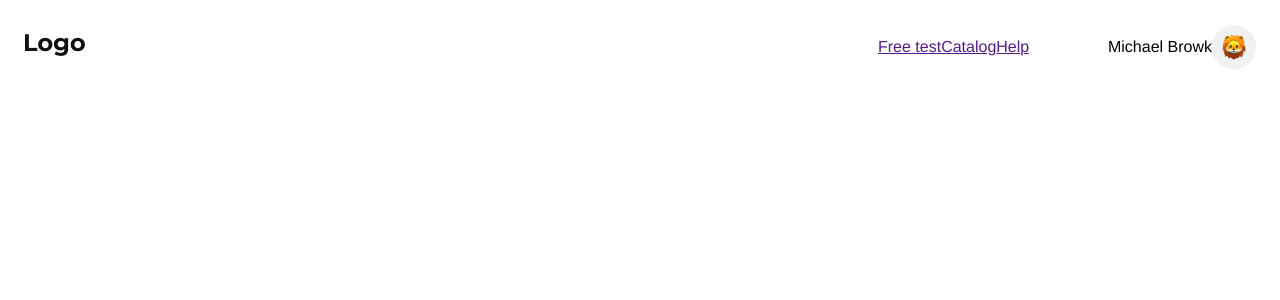
Repository: skydevil1604/vue-test-app
Page: /#/main-page
These files come from the project's save history. The page is drawn as it stood at one moment and after the next save; the edit follows.
The browser window is 1280 px wide. The pictures show the whole page.
The project was rebuilt for these pictures with package versions that can differ from the ones it lists, and the page was loaded fresh each time. Also part of the build but not shown: src/components/Tabs.vue, src/components/Tab.vue, src/components/Login.vue, src/components/Registration.vue, src/components/AuthenticationForm.vue.

Above is the page before, as saved 2020-04-06 19:03:24.

### public/index.html
<!DOCTYPE html>
<html lang="en">
  <head>
    <meta charset="utf-8">
    <meta http-equiv="X-UA-Compatible" content="IE=edge">
    <meta name="viewport" content="width=device-width,initial-scale=1.0">
    <link rel="icon" href="<%= BASE_URL %>favicon.ico">
    <link rel="stylesheet" href="../src/assets/normalize.css">
    <title><%= htmlWebpackPlugin.options.title %></title>
  </head>
  <body style="margin:0 auto;">
    <noscript>
      <strong>We're sorry but <%= htmlWebpackPlugin.options.title %> doesn't work properly without JavaScript enabled. Please enable it to continue.</strong>
    </noscript>
    <div id="app"></div>
    <!-- built files will be auto injected -->
  </body>
</html>

### src/main.js
import Vue from 'vue'
import App from './App.vue'
import VueRouter from 'vue-router'
import router from './router';

Vue.config.productionTip = false;
Vue.use(VueRouter)

new Vue({
  render: h => h(App),
  router
}).$mount('#app');

### src/App.vue
<template>
  <div id="app">
    <router-view>
      <AuthenticationForm />
    </router-view>
  </div>
</template>

<script>
import AuthenticationForm from './components/AuthenticationForm';

export default {
  name: 'App',
  components: {
    AuthenticationForm
  }
}
</script>

<style>
#app {
  font-family: Avenir, Helvetica, Arial, sans-serif;
  -webkit-font-smoothing: antialiased;
  -moz-osx-font-smoothing: grayscale;
  text-align: center;
  display: flex;
  height: 100vh;
}
</style>

### src/router/index.js
import Vue                        from 'vue';
import VueRouter                     from 'vue-router';
import MainPageComponent          from '@/components/MainPage';
import AuthenticationForm         from '@/components/AuthenticationForm';

Vue.use(VueRouter);

const router = new VueRouter({
    routes: [

      {
        path: '/main-page',
        name: 'mainPage',
        component: MainPageComponent,
      },
      {
        path: '/',
        name: 'authenticationForm',
        component: AuthenticationForm,
      },
    ]
  });

export default router;

### src/components/MainPage.vue
<template>
    <section class="main-page">
        <header class="header">
            <a class="logo" href="#">
                <img src="../assets/logo.png" alt="logo">
            </a>
            <nav class="navigation">
                <ul class="navigation__list">
                    <li class="navigation__item">
                        <a href="">Free test</a>
                    </li>
                    <li class="navigation__item">
                        <a href="">Catalog</a>
                    </li>
                    <li class="navigation__item">
                        <a href="">Help</a>
                    </li>
                </ul>
                <div class="navigation__profile">
                    <span>Michael Browk</span>
                    <img src="../assets/Lion.png" alt="">
                </div>
            </nav>
        </header>
    </section>
</template>

<script>

export default {
    name: 'MainPageComponent',
}
</script>

<style lang="scss">
    .main-page {
        max-width: 1366px;
        width: 100%;
    }

    .header {
        padding-top: 22px;
        padding-bottom: 22px;
        padding-left: 24px;
        padding-right: 24px;
        display: flex;
        justify-content: space-between;
        align-items: center;
    }

    .navigation {
        display: flex;
        align-items: center;
        width: 418px;
        justify-content: space-between;

            &__list {
                list-style: none;
                display: flex;
            }

            &__profile {
                display: flex;
                align-items: center;
                justify-content: space-between;
            }
    }
</style>

Loaded but not shown: src/assets/normalize.css (library)

After the next save:
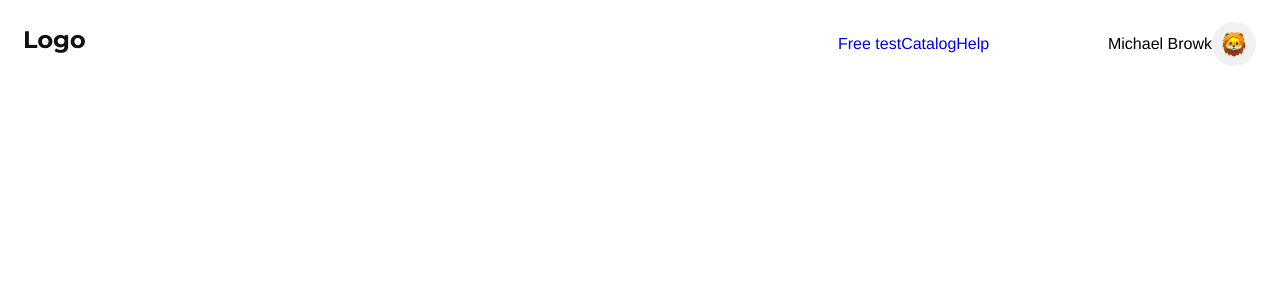
Saved 94 s later.
--- a/src/components/MainPage.vue
+++ b/src/components/MainPage.vue
@@ -7,13 +7,13 @@
             <nav class="navigation">
                 <ul class="navigation__list">
                     <li class="navigation__item">
-                        <a href="">Free test</a>
+                        <a href="#">Free test</a>
                     </li>
                     <li class="navigation__item">
-                        <a href="">Catalog</a>
+                        <a href="#">Catalog</a>
                     </li>
                     <li class="navigation__item">
-                        <a href="">Help</a>
+                        <a href="#">Help</a>
                     </li>
                 </ul>
                 <div class="navigation__profile">
@@ -57,6 +57,12 @@ export default {
             &__list {
                 list-style: none;
                 display: flex;
+                padding: 0;
+                margin: 0;
+
+                    & a {
+                        text-decoration: none;
+                    }
             }
 
             &__profile {
